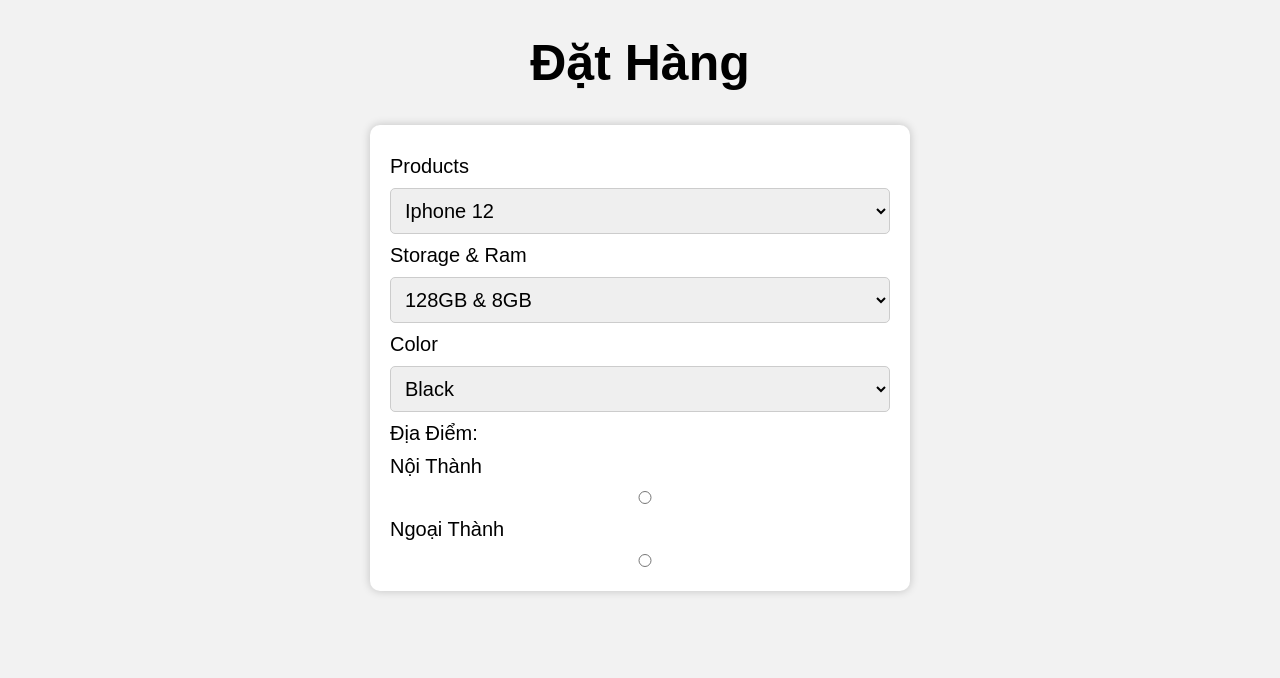
Repository: hisu87/WEB1043-JS
Page: Lab-Done-JS/Lab-7/html/Oder.html
These files come from the project's save history. The page is drawn as it stood at one moment and after the next save; the edit follows.
The browser window is 1280 px wide. The pictures show the whole page.

Above is the page before, as saved 2023-04-08 12:59:13.

After the next save:
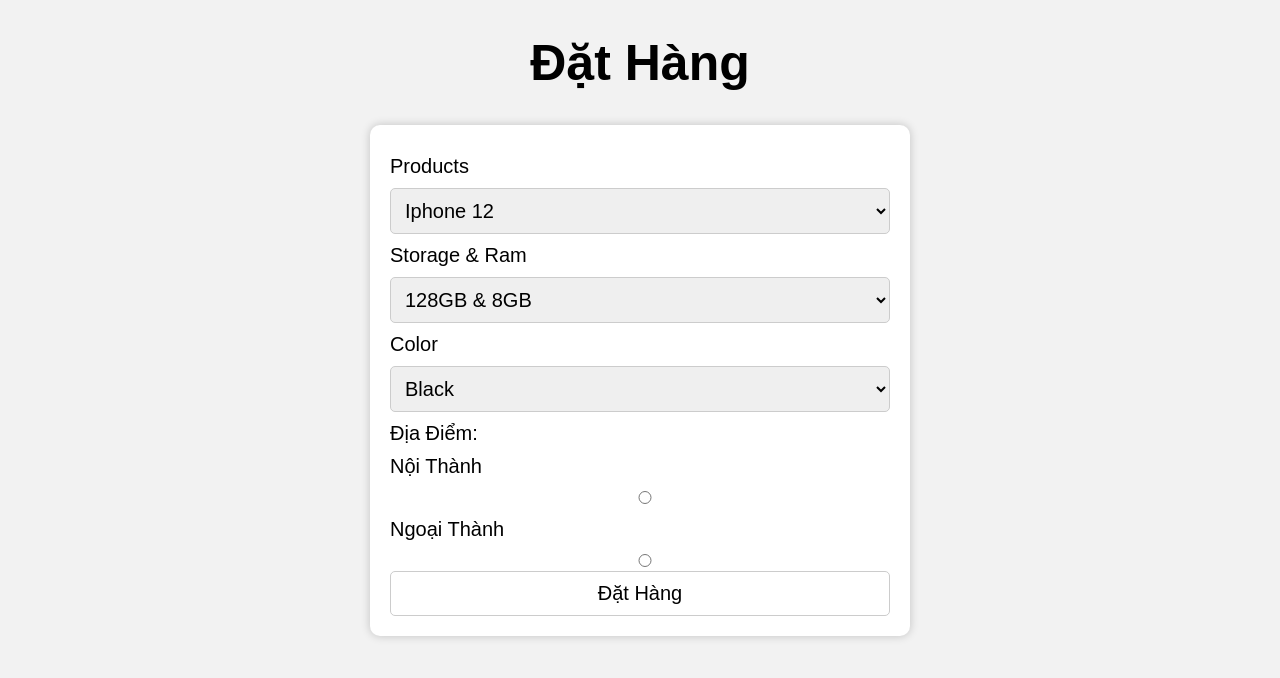
Console error: SyntaxError: Unexpected token '<'
Saved 3 min 30 s later.
--- a/Lab-Done-JS/Lab-7/html/Oder.html
+++ b/Lab-Done-JS/Lab-7/html/Oder.html
@@ -132,7 +132,8 @@
             <label for="phi_vc">Phí Vận Chuyển</label>
             <input type="text" name="phi_vc" id="phi_vc" value="55.000 VND ">
 
-
+        </div>
+        <button type="submit">Đặt Hàng</button>
 
 
     </form>
@@ -145,7 +146,53 @@
             phi_vc.style.display = visible ? "" : "none";
         }
 
-
+        // We can add a function to check if the user has entered data or not and display a message accordingly
+// We can also add labels to indicate where the user should enter the data
+// Here's an example implementation:
+
+function validateForm() {
+  var product = document.getElementById("products").value;
+  var storageAndRam = document.getElementById("storageandram").value;
+  var color = document.getElementById("color").value;
+  var diaChi = document.querySelector('input[name="dia_chi"]:checked');
+
+  if (!product || !storageAndRam || !color || !diaChi) {
+    alert("Vui lòng nhập đầy đủ thông tin");
+    return false;
+  }
+
+  // We can also add a message to indicate where the user should enter the data
+  // For example:
+  if (!product) {
+    alert("Vui lòng chọn sản phẩm");
+    return false;
+  }
+
+  if (!storageAndRam) {
+    alert("Vui lòng chọn dung lượng và RAM");
+    return false;
+  }
+
+  if (!color) {
+    alert("Vui lòng chọn màu sắc");
+    return false;
+  }
+
+  if (!diaChi) {
+    alert("Vui lòng chọn địa chỉ");
+    return false;
+  }
+
+  // If all data is entered, we can submit the form
+  return true;
+}
+
+// We can call this function when the user submits the form
+// For example:
+<form action="#" onsubmit="return validateForm()">
+  ...
+  <button type="submit">Đặt hàng</button>
+</form>
 
     </script>
 </body>

After the 4 saves that followed:
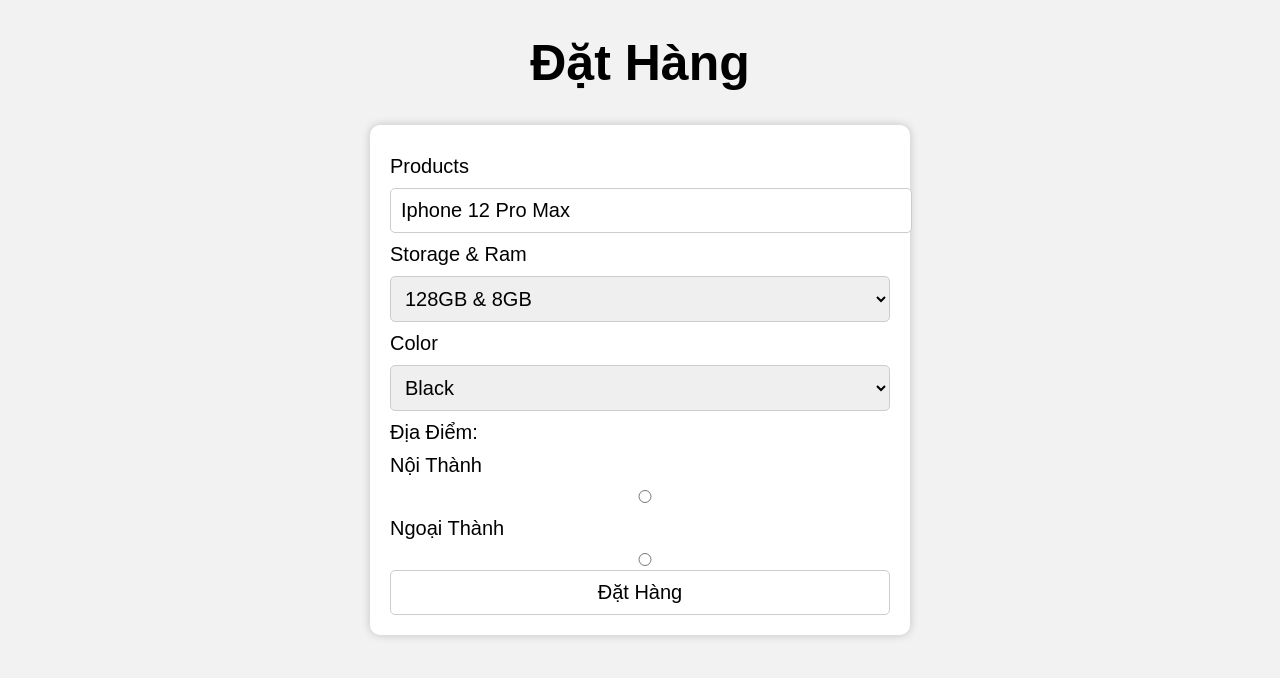
The error is gone.
The 4 saves are shown as one change because 3 left the picture as it was.
The last was saved 116 s later.
--- a/Lab-Done-JS/Lab-7/html/Oder.html
+++ b/Lab-Done-JS/Lab-7/html/Oder.html
@@ -73,25 +73,7 @@
     <h1>Đặt Hàng</h1>
     <form action="#">
         <label for="products">Products</label>
-        <select name="products" id="products">
-            <option value="1">Iphone 12</option>
-            <option value="2">Iphone 12 Pro</option>
-            <option value="3">Iphone 12 Pro Max</option>
-            <option value="4">Iphone 12 Mini</option>
-            <option value="5">SamSung Note 20 Ultra</option>
-            <option value="6">SamSung Note 20</option>
-            <option value="7">SamSung Note 20 Ultra 5G</option>
-            <option value="8">SamSung Note 23 5G</option>
-            <option value="9">SamSung Note 20 Ultra 5G</option>
-            <option value="10">SamSung Note 20 Ultra 5G</option>
-            <option value="11">Pixel 4Xl</option>
-            <option value="12">Pixel 4</option>
-            <option value="13">Pixel 4A</option>
-            <option value="14">Pixel 6</option>
-            <option value="15">Pixel 6 Pro</option>
-            <option value="16">Pixel 7 Pro </option>
-            <option value="17">Pixel 7</option>
-        </select>
+        <input type="text" name="products" id="products" value="Iphone 12 Pro Max">
         <label for="storageandram">Storage & Ram</label>
         <select name="storageandram" id="storageandram">
             <option value="1">128GB & 8GB</option>
@@ -133,7 +115,7 @@
             <input type="text" name="phi_vc" id="phi_vc" value="55.000 VND ">
 
         </div>
-        <button type="submit">Đặt Hàng</button>
+        <button type="submit" onclick="validateForm()">Đặt Hàng</button>
 
 
     </form>
@@ -187,12 +169,7 @@
   return true;
 }
 
-// We can call this function when the user submits the form
-// For example:
-<form action="#" onsubmit="return validateForm()">
-  ...
-  <button type="submit">Đặt hàng</button>
-</form>
+
 
     </script>
 </body>
